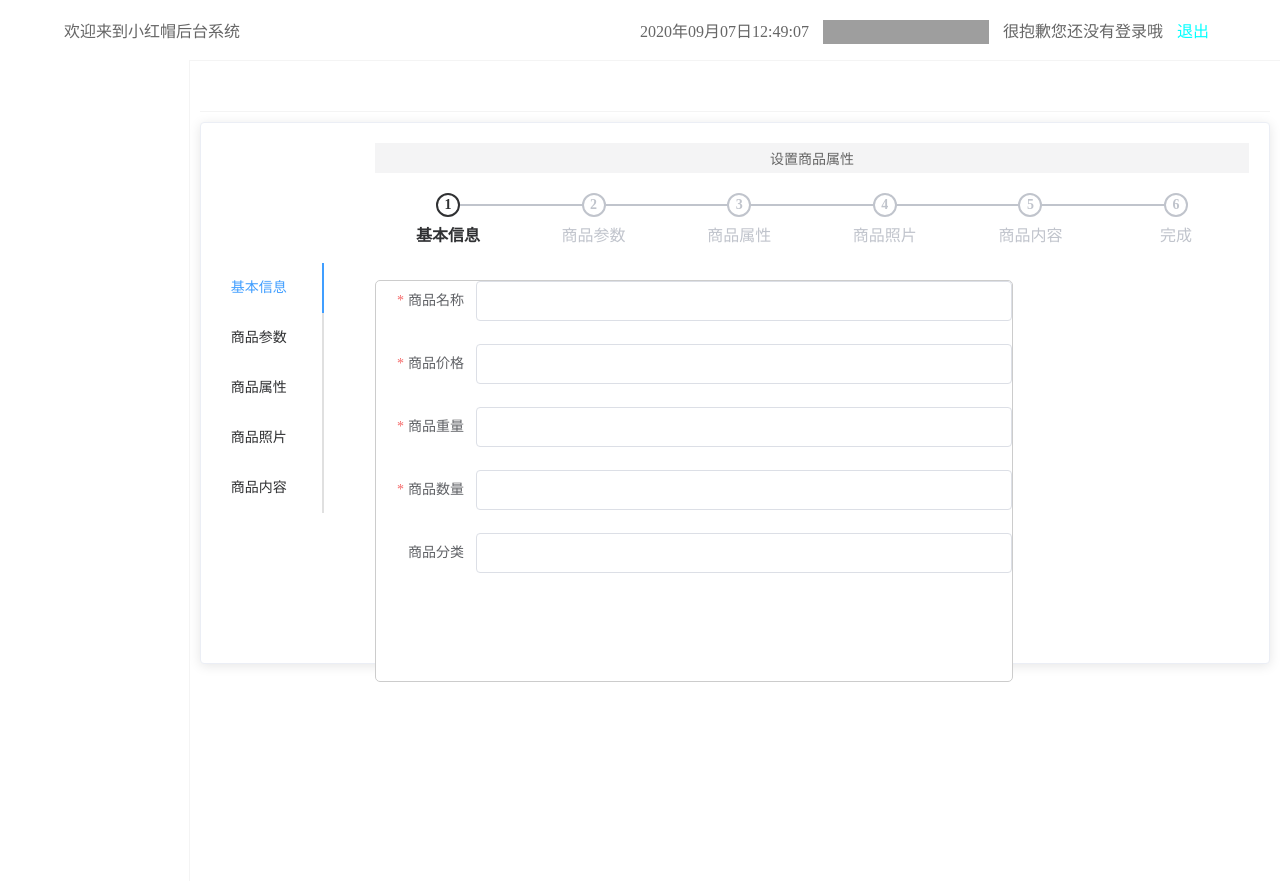
Repository: jinggegeZ/whitesystem
Page: /goods/addGoods
An editor plug-in stored every save of this project. The page is shown before and after the next save, followed by the edit.
The browser window is 1280 px wide. The pictures show the whole page.
Pictures or frames that could not be fetched are drawn as grey boxes. The page's requests for data from a server got no answer. The project was rebuilt for these pictures with package versions that can differ from the ones it lists, and the page was loaded fresh each time. No one was signed in, and anything a server would have sent is missing. Also part of the build but not shown: vue.config.js, src/views/Home.vue.

Above is the page before, as saved 2020-09-07 12:54:57.

After the next save:
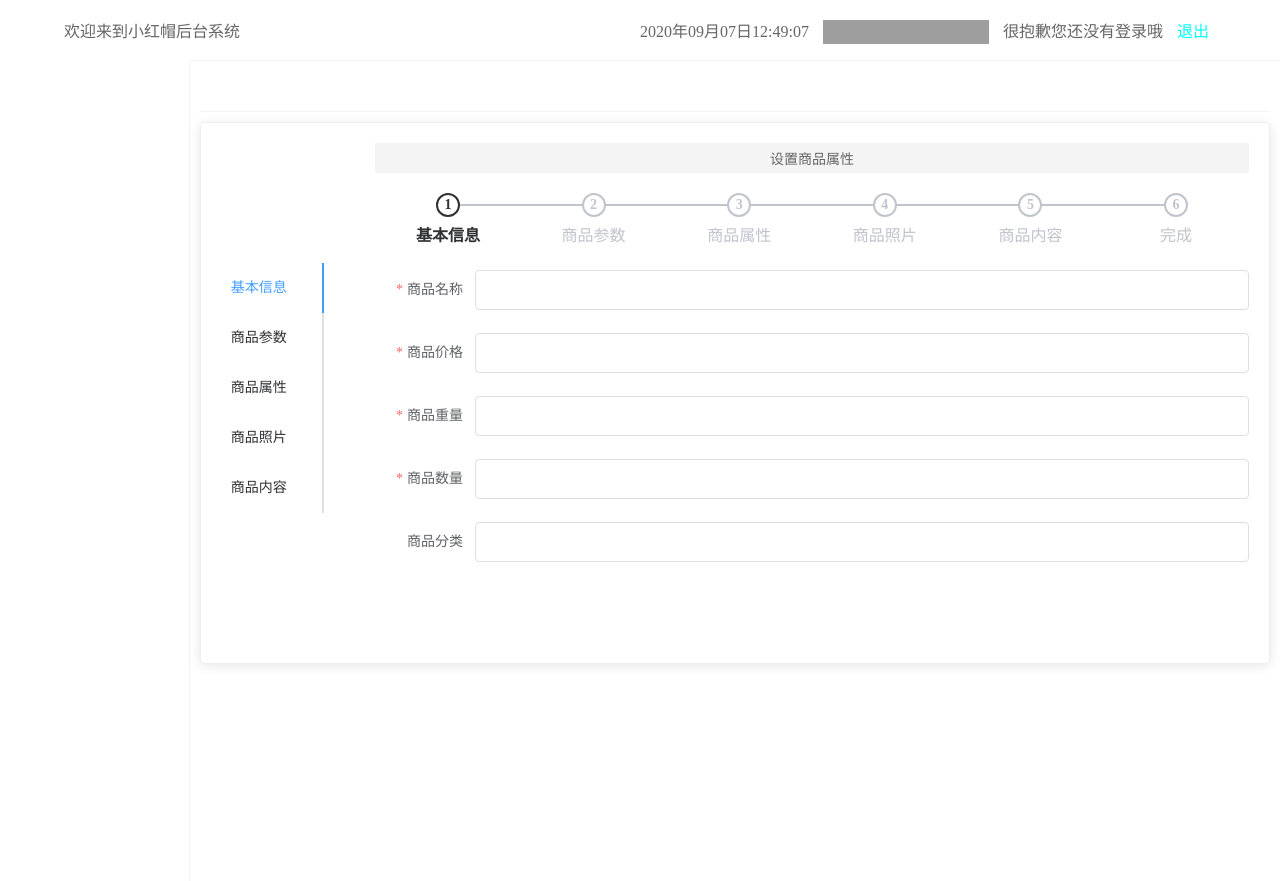
Saved 35 s later.
--- a/src/views/addGoods/addGoods.vue
+++ b/src/views/addGoods/addGoods.vue
@@ -29,7 +29,7 @@
           </div>
           <!-- 基本信息 -->
           <div v-if="activeindex === 0">
-            <div class="msgbox">
+            <div class="msgbox1">
               <el-form
                 :model="ruleForm"
                 :rules="rules"
@@ -172,4 +172,8 @@ export default {
 .msgbox {
   margin-top: 30px;
 }
+.msgbox1 {
+  width: 100%;
+  margin-top: 20px;
+}
 </style>
